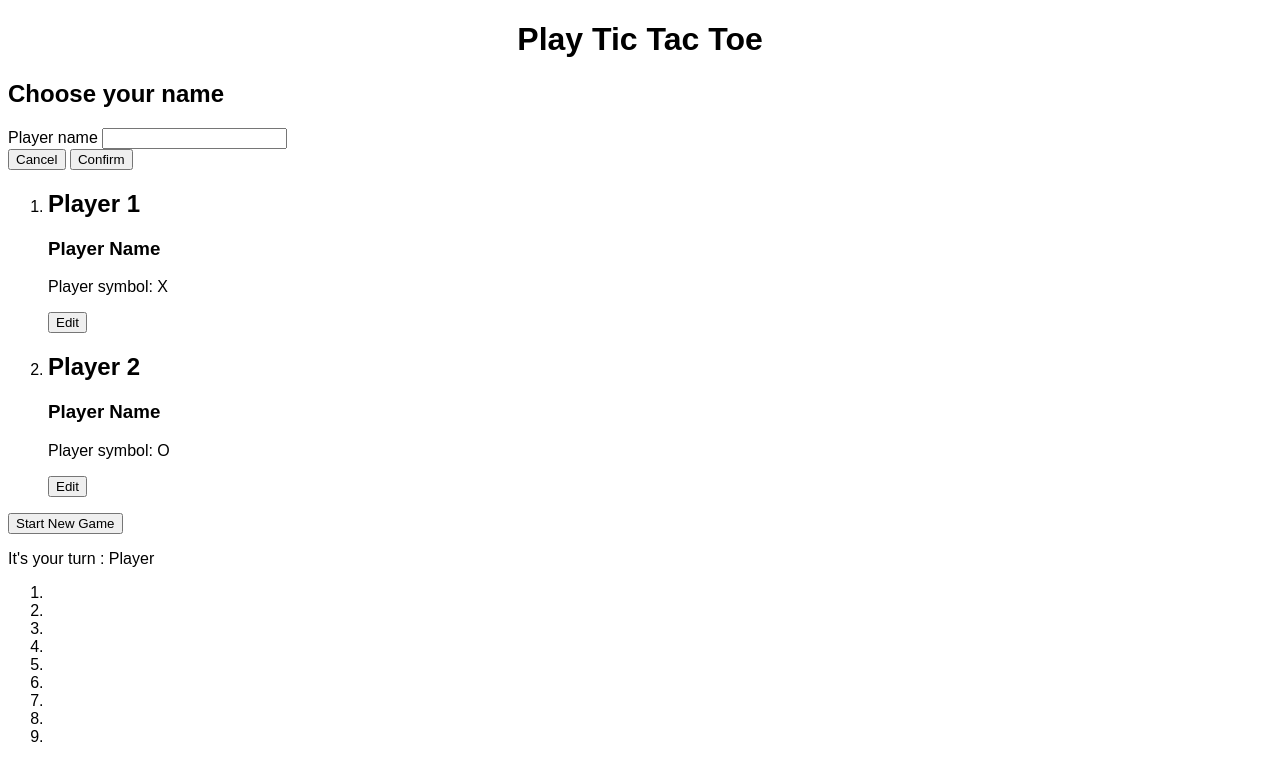
Repository: Harjot00/Wevdev
Page: Tic tac toe/index.html
These files come from the project's save history. The page is drawn as it stood at one moment and after the next save; the edit follows.
The browser window is 1280 px wide. The pictures show the whole page.
Some web fonts or font styles are not loaded; a fallback is used.

Above is the page before, as saved 2022-05-20 23:02:38.

### Tic tac toe/index.html
<!DOCTYPE html>
<html lang="en">
<head>
    <meta charset="UTF-8">
    <meta http-equiv="X-UA-Compatible" content="IE=edge">
    <meta name="viewport" content="width=device-width, initial-scale=1.0">
    <link rel="stylesheet" href="styles.css">
    <link href="https://fonts.googleapis.com/css2?family=Roboto:wght@100&family=Send+Flowers&display=swap" rel="stylesheet">
    <title>Tic Tac Toe</title>

</head>
<body>
    <header>
        <h1>Play Tic Tac Toe</h1>

    </header>
    <main>
        <aside>
            <h2>Choose your name</h2>
            <form >
                <div>
                    <label for = "playername">Player name</label>
                    <input type="text" name="username" id="username"/>

                </div>
                <div>
                    <button type="button"> Cancel</button>
                    <button type="submit">Confirm</button>
                </div>
            </form>
        </aside>
        <div id="gamestyle">
            <ol>
                <li>
                    <h2>Player 1</h2>
                    <h3>Player Name</h3>
                    <p>Player symbol: X</p>
                    <button>Edit</button>
                </li>
                <li>
                    <h2>Player 2</h2>
                    <h3>Player Name</h3>
                    <p>Player symbol: O</p>
                    <button>Edit</button>
                </li>
            </ol>
            <button>Start New Game</button>
        </div>
         <section id="active-game">
             <p>It's your turn : Player</p>
             <ol>
                 <li></li>
                 <li></li>
                 <li></li>
                 <li></li>
                 <li></li>
                 <li></li>
                 <li></li>
                 <li></li>
                 <li></li>
             </ol>
         </section>
    </main>

</body>
</html>

### Tic tac toe/styles.css
@import url('https://fonts.googleapis.com/css2?family=Roboto:wght@100&family=Send+Flowers&display=swap');
body{
    font-family: 'Montserrat', sans-serif;
}
header{
    text-align: center;
}
main{

}

.circle{
    background-color: black;
    width:100px;
    height:100px;
    border-radius:50%;
    display:flex;
    justify-content: center;
    align-items: center;

}
.inside{
    background-color: white;
    width:70px;
    height:70px;
    border-radius:50%;
    position:absolute;
    z-index: 2;

}

After the next save:
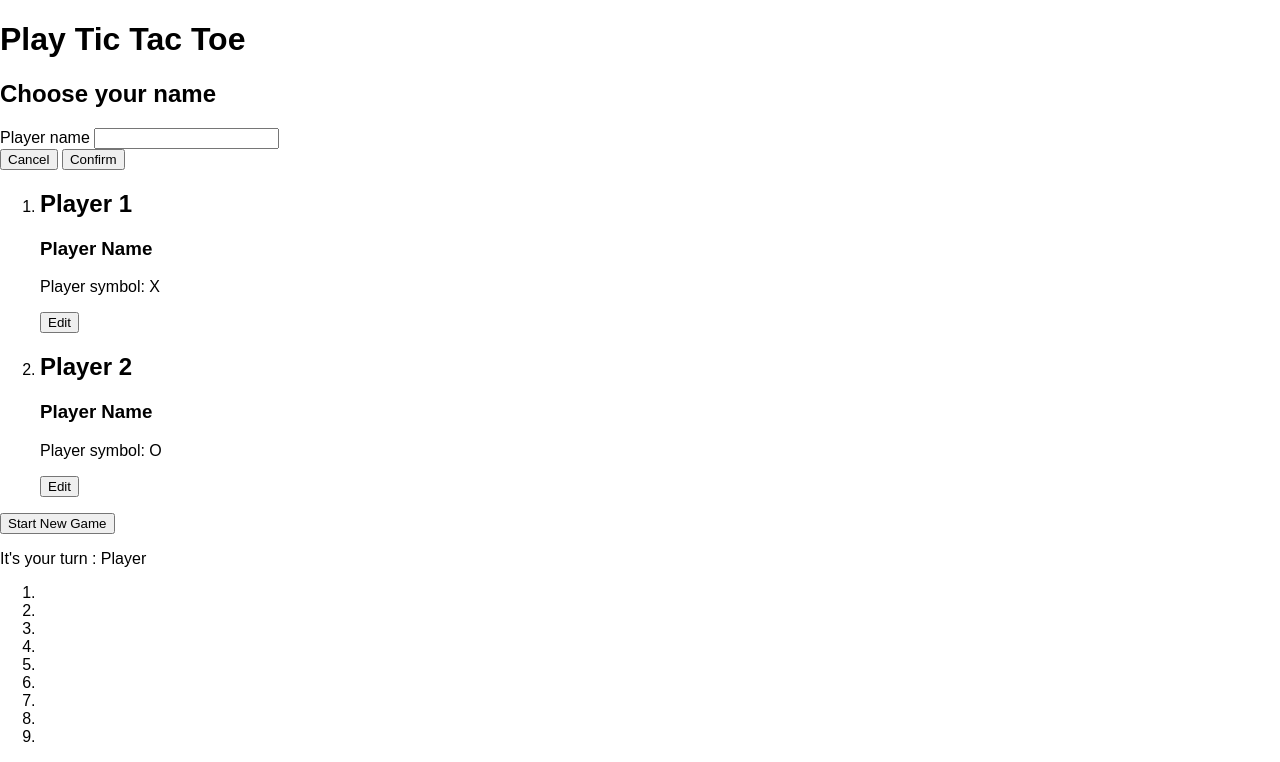
Saved 3 min 7 s later.
--- a/Tic tac toe/styles.css
+++ b/Tic tac toe/styles.css
@@ -1,30 +1,6 @@
 @import url('https://fonts.googleapis.com/css2?family=Roboto:wght@100&family=Send+Flowers&display=swap');
 body{
     font-family: 'Montserrat', sans-serif;
+    margin: 0;
+    padding: 0;
 }
-header{
-    text-align: center;
-}
-main{
-
-}
-
-.circle{
-    background-color: black;
-    width:100px;
-    height:100px;
-    border-radius:50%;
-    display:flex;
-    justify-content: center;
-    align-items: center;
-
-}
-.inside{
-    background-color: white;
-    width:70px;
-    height:70px;
-    border-radius:50%;
-    position:absolute;
-    z-index: 2;
-
-}
